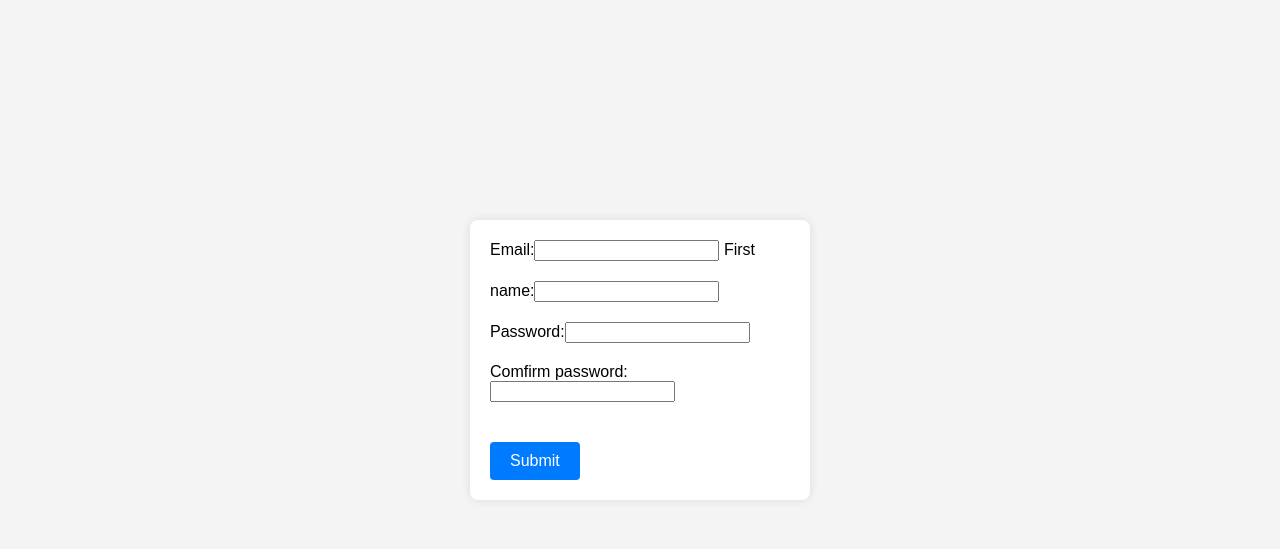
Repository: Ndifoinhilary/authentication
Page: http://localhost/auth/register/
These files come from the project's save history. The page is drawn as it stood at one moment and after the next save; the edit follows.
The browser window is 1280 px wide. The pictures show the whole page.
The page is served by the project's application, run on Django 3.2 (manage.py).

Above is the page before, as saved 2024-01-05 08:21:11.

After the next save:
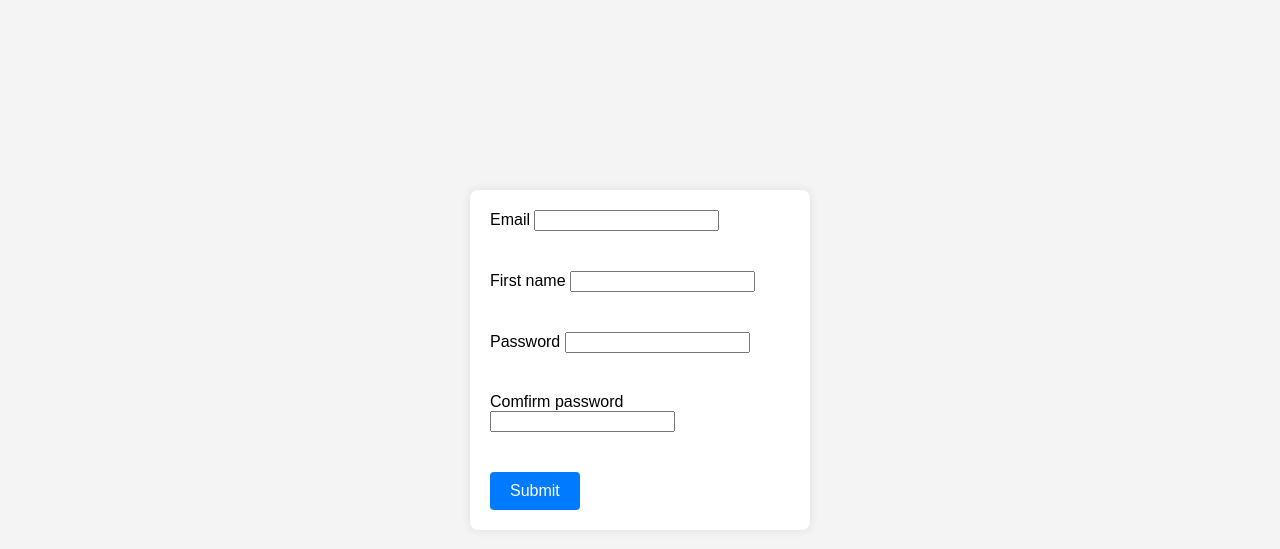
Saved 6 min 46 s later.
--- a/Auth/templates/register.html
+++ b/Auth/templates/register.html
@@ -65,18 +65,16 @@
 <body>
     <form action="" class="form-border" method="POST">
         {% csrf_token %}
-
+        {% for field in form %}
         <div class="input">
-            <!-- <label class="label" for="username">Username</label>
-            <input type="text" name="username" id="username" class="form-control mb-4" placeholder="Username" required> -->
-            {{form}}
+            <label for="formInput#text"> {{field.label}}</label>
+            {{field}}
         </div>
-
+        {% endfor %}
         <!-- <div class="input">
             <label class="label" for="password">Password</label>
             <input type="password" name="password" id="password" class="form-control mb-4" placeholder="Password" required>
         </div> -->
-
         <button type="submit" class="btn">Submit</button>
     </form>
 </body>
